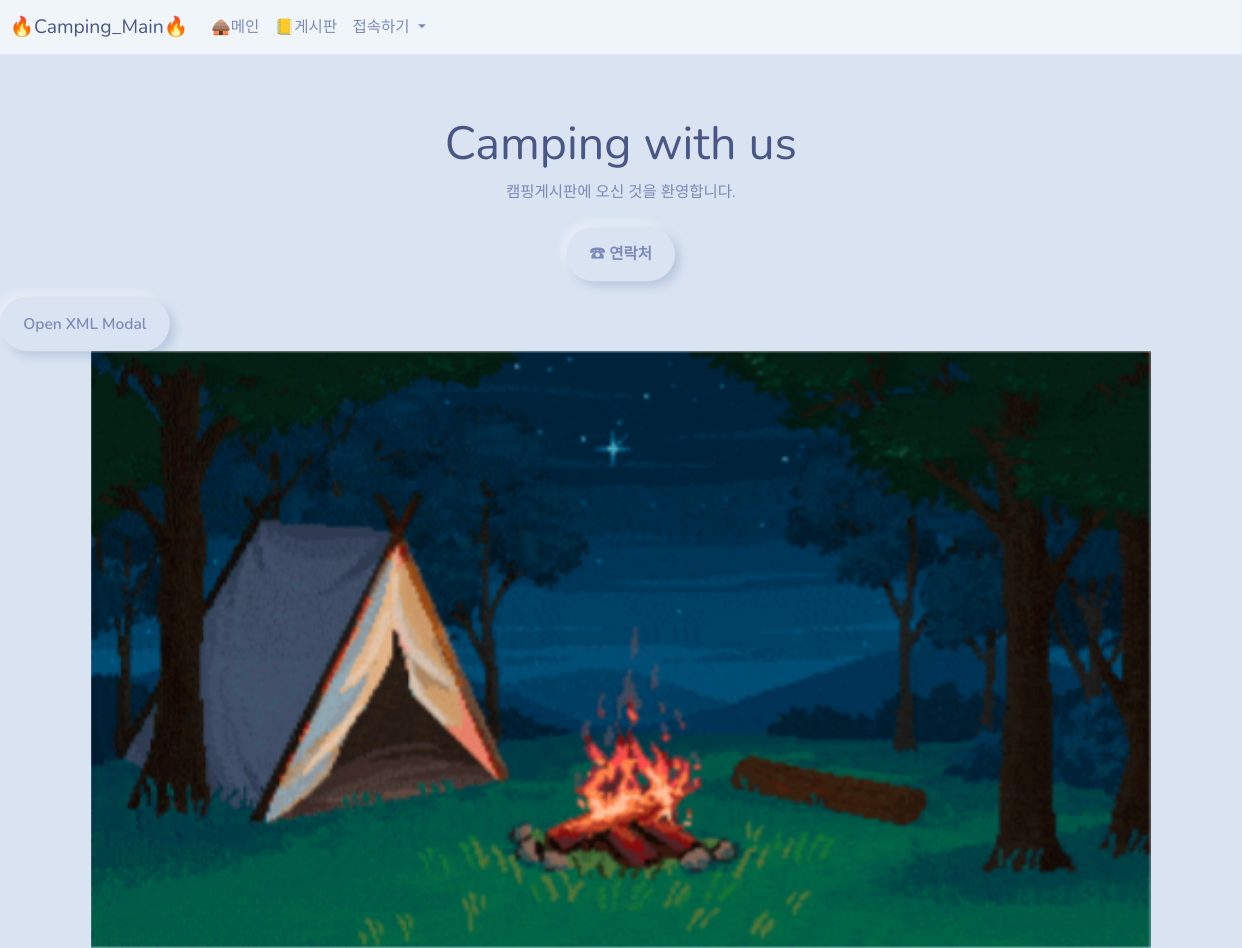
Repository: LeeJaeweon/Camping_Weak_v1.0
Page: http://localhost/SSS/main.jsp
The author's editor kept a copy of each file at every save. The page is drawn from the files as they stood at one save, then again after the next save.
The browser window is 1280 px wide. The pictures show the whole page, at 97% of full size.
Some web libraries are served in a nearby version. The page is served by Tomcat 9. Other server files are loaded and not shown.

Above is the page before, as saved 2023-11-19 07:43:50.

### JSP/SSS/src/main/webapp/main.jsp
<%@ page language="java" contentType="text/html; charset=UTF-8" pageEncoding="UTF-8"%>
<%@ page import="java.io.PrintWriter" %>
<!DOCTYPE html>
<html>
<head>
    <meta http-equiv="Content-Type" content="text/html; charset=UTF-8">
    <meta name="viewport" content="width=device-width, initial-scale=1">
    <link rel="stylesheet" href="css/bootstrap.css">
    <title>🔥Camping🔥</title>

    <!-- 팝업 창 띄우기 함수 -->
    <script>
        function openPopup(url, width, height) {
            var popup = window.open(url, "_blank", "width=" + width + ",height=" + height);
            popup.focus();
        }

        function submitFormToXML() {
            var name = document.getElementById('name').value;
            var email = document.getElementById('email').value;
            var message = document.getElementById('message').value;

            // Create XML string
            var xmlString = '<inquiry><name>' + name + '</name><email>' + email + '</email><message>' + message + '</message></inquiry>';

            // TODO: Send this XML to the server-side for further processing
            console.log("Generated XML: ", xmlString);
        }
    </script>
</head>

<body>
    <%
        String userID = (String) session.getAttribute("userID");
    %>
    <nav class="navbar navbar-expand-lg navbar-light bg-light">
        <a class="navbar-brand" href="main.jsp" style="margin-left: 10px;">🔥Camping_Main🔥</a>
        <button class="navbar-toggler" type="button" data-toggle="collapse" data-target="#navbarNavDropdown" aria-controls="navbarNavDropdown" aria-expanded="false" aria-label="Toggle navigation">
            <span class="navbar-toggler-icon"></span>
        </button>
        <div class="collapse navbar-collapse" id="navbarNavDropdown">
            <ul class="navbar-nav">
                <li class="nav-item active">
                    <a class="nav-link" href="main.jsp">🛖메인</a>
                </li>
                <li class="nav-item">
                    <a class="nav-link" href="bbs.jsp">📒게시판</a>
                </li>
                <%
                    if (userID == null) {
                %>
                <li class="nav-item dropdown">
                    <a class="nav-link dropdown-toggle" href="#" id="navbarDropdownMenuLink" role="button" data-toggle="dropdown" aria-expanded="false">
                        접속하기
                    </a>
                    <ul class="dropdown-menu" aria-labelledby="navbarDropdownMenuLink">
                        <li><a class="dropdown-item" href="login.jsp">로그인</a></li>
                        <li><a class="dropdown-item" href="join.jsp">회원가입</a></li>
                    </ul>
                </li>
                <%
                } else {
                %>
                <li class="nav-item dropdown">
                    <a class="nav-link dropdown-toggle" href="#" id="navbarDropdownMenuLink" role="button" data-toggle="dropdown" aria-expanded="false">
                        ⚙️회원관리
                    </a>
                    <ul class="dropdown-menu" aria-labelledby="navbarDropdownMenuLink">
                        <a href="#" class="dropdown-item" onclick="openPopup('finduser.jsp', 600, 800); return false;">🏕️유저찾기</a>
                        <a href="#" class="dropdown-item" onclick="openPopup('pingTest2.jsp', 600, 400); return false;">📡인터넷 테스트</a>
                        <li><a class="dropdown-item" href="logoutAction.jsp">🤚로그아웃</a></li>
                    </ul>
                </li>
                <%
                    }
                %>
            </ul>
        </div>
    </nav>

<!-- 메인 페이지 영역 시작 -->
<div class="container mt-5">
    <div class="jumbotron border rounded p-3">
        <div class="container text-center">
            <h1 style="font-size: 48px;">Camping with us</h1>
            <p>캠핑게시판에 오신 것을 환영합니다.</p>
            <div class="mt-4">
                <a href="DownloadServlet.jsp?file=myfile.txt" class="btn btn-primary mr-2">☎ 연락처</a>
                <!-- <button type="button" class="btn btn-primary" data-toggle="modal" data-target="#contactAdminModal">
                    관리자에게 문의하기
                </button> -->
            </div>
        </div>
    </div>
</div>






<!-- 모달 팝업 창 트리거 버튼 -->
<button type="button" class="btn btn-primary" data-toggle="modal" data-target="#xmlModal">
    Open XML Modal
</button>

<!-- 모달 팝업 창 -->
<div class="modal fade" id="xmlModal" tabindex="-1" role="dialog" aria-labelledby="xmlModalLabel" aria-hidden="true">
    <div class="modal-dialog" role="document">
        <div class="modal-content">
            <div class="modal-header">
                <h5 class="modal-title" id="xmlModalLabel">XXE Vulnerability Test</h5>
                <button type="button" class="close" data-dismiss="modal" aria-label="Close">
                    <span aria-hidden="true">&times;</span>
                </button>
            </div>
            <div class="modal-body">
                <form method="post">
                    <div class="form-group">
                        <label for="xmlData">XML Data:</label>
                        <textarea name="xmlData" id="xmlData" class="form-control" rows="10" cols="30"><%= (request.getParameter("xmlData") != null) ? request.getParameter("xmlData") : "" %></textarea>
                    </div>
                    <button type="submit" class="btn btn-primary">Submit XML Data</button>
                </form>
            </div>
            <div class="modal-footer">
                <button type="button" class="btn btn-secondary" data-dismiss="modal">Close</button>
            </div>
        </div>
    </div>
</div>
















    <!-- 메인페이지 사진 삽입 영역 -->
    <div class="container">
        <div class="row justify-content-center">
            <div class="row justify-content-center">
                <div id="myCarousel" class="carousel slide" data-ride="carousel">
                    <ol class="carousel-indicators">
                        <!-- <li data-target="#myCarousel" data-slide-to="1" class="active"></li>
                        <li data-target="#myCarousel" data-slide-to="2"></li>
                        <li data-target="#myCarousel" data-slide-to="3"></li> -->
                    </ol>
                    <div class="carousel-inner">
                        <div class="carousel-item active">
                            <div class="text-center">
                                <img src="images/1.gif" class="img-fluid" alt="Camping Image" style="width: 100%; height: auto;">
                            </div>
                        </div>
                    </div>
                </div>
            </div>
        </div>
    </div>

    <script src="http://code.jquery.com/jquery-3.1.1.min.js"></script>
    <script src="https://stackpath.bootstrapcdn.com/bootstrap/5.0.0-alpha1/js/bootstrap.min.js"></script>
</body>
</html>

Loaded but not shown: JSP/SSS/src/main/webapp/css/bootstrap.css (library)

After the next save:
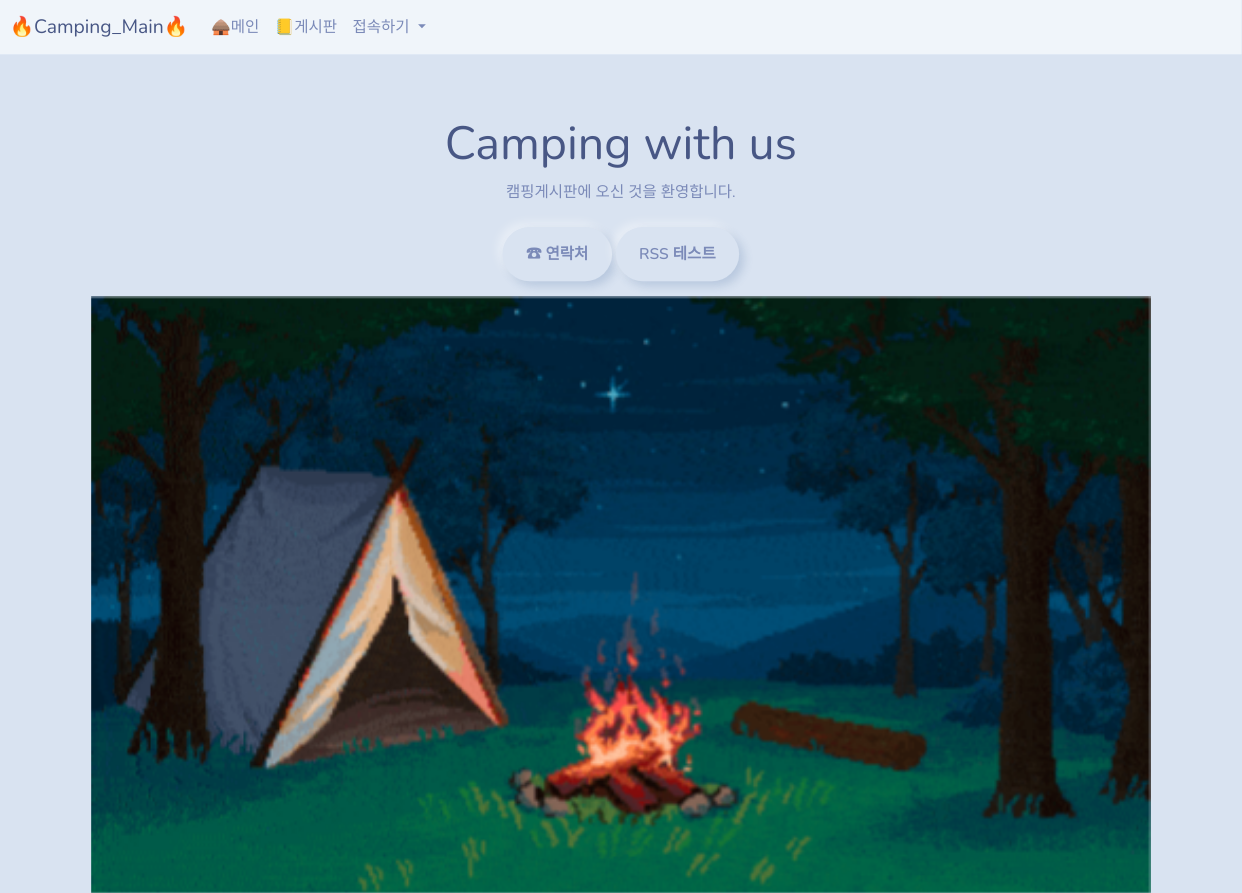
Saved 94 s later.
--- a/JSP/SSS/src/main/webapp/main.jsp
+++ b/JSP/SSS/src/main/webapp/main.jsp
@@ -86,6 +86,7 @@
             <p>캠핑게시판에 오신 것을 환영합니다.</p>
             <div class="mt-4">
                 <a href="DownloadServlet.jsp?file=myfile.txt" class="btn btn-primary mr-2">☎ 연락처</a>
+                <a href="rss_test.jsp" class="btn btn-primary">RSS 테스트</a>
                 <!-- <button type="button" class="btn btn-primary" data-toggle="modal" data-target="#contactAdminModal">
                     관리자에게 문의하기
                 </button> -->
@@ -98,14 +99,13 @@
 
 
 
-
 <!-- 모달 팝업 창 트리거 버튼 -->
-<button type="button" class="btn btn-primary" data-toggle="modal" data-target="#xmlModal">
+<!-- <button type="button" class="btn btn-primary" data-toggle="modal" data-target="#xmlModal">
     Open XML Modal
-</button>
+</button> -->
 
 <!-- 모달 팝업 창 -->
-<div class="modal fade" id="xmlModal" tabindex="-1" role="dialog" aria-labelledby="xmlModalLabel" aria-hidden="true">
+<!-- <div class="modal fade" id="xmlModal" tabindex="-1" role="dialog" aria-labelledby="xmlModalLabel" aria-hidden="true">
     <div class="modal-dialog" role="document">
         <div class="modal-content">
             <div class="modal-header">
@@ -118,7 +118,7 @@
                 <form method="post">
                     <div class="form-group">
                         <label for="xmlData">XML Data:</label>
-                        <textarea name="xmlData" id="xmlData" class="form-control" rows="10" cols="30"><%= (request.getParameter("xmlData") != null) ? request.getParameter("xmlData") : "" %></textarea>
+                        <textarea name="xmlData" id="xmlData" class="form-control" rows="10" cols="30"></textarea>
                     </div>
                     <button type="submit" class="btn btn-primary">Submit XML Data</button>
                 </form>
@@ -130,8 +130,7 @@
     </div>
 </div>
 
-
-
+-->
 
 
 
